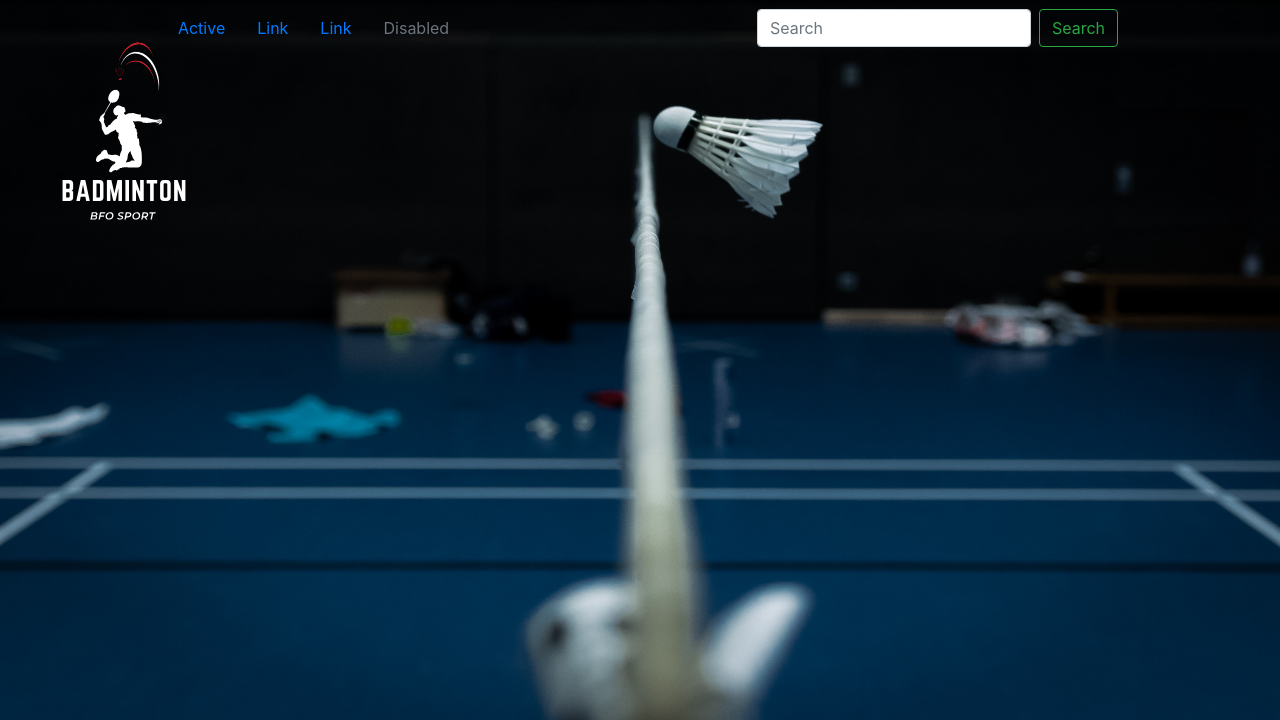
Repository: tsthuy/Badminton
Page: index.html
An editor plug-in stored every save of this project. The page is shown before and after the next save, followed by the edit.
The browser window is 1280 px wide. The pictures show the whole page.
Some web libraries are served in a nearby version.

Above is the page before, as saved 2023-10-13 21:00:12.

After the next save:
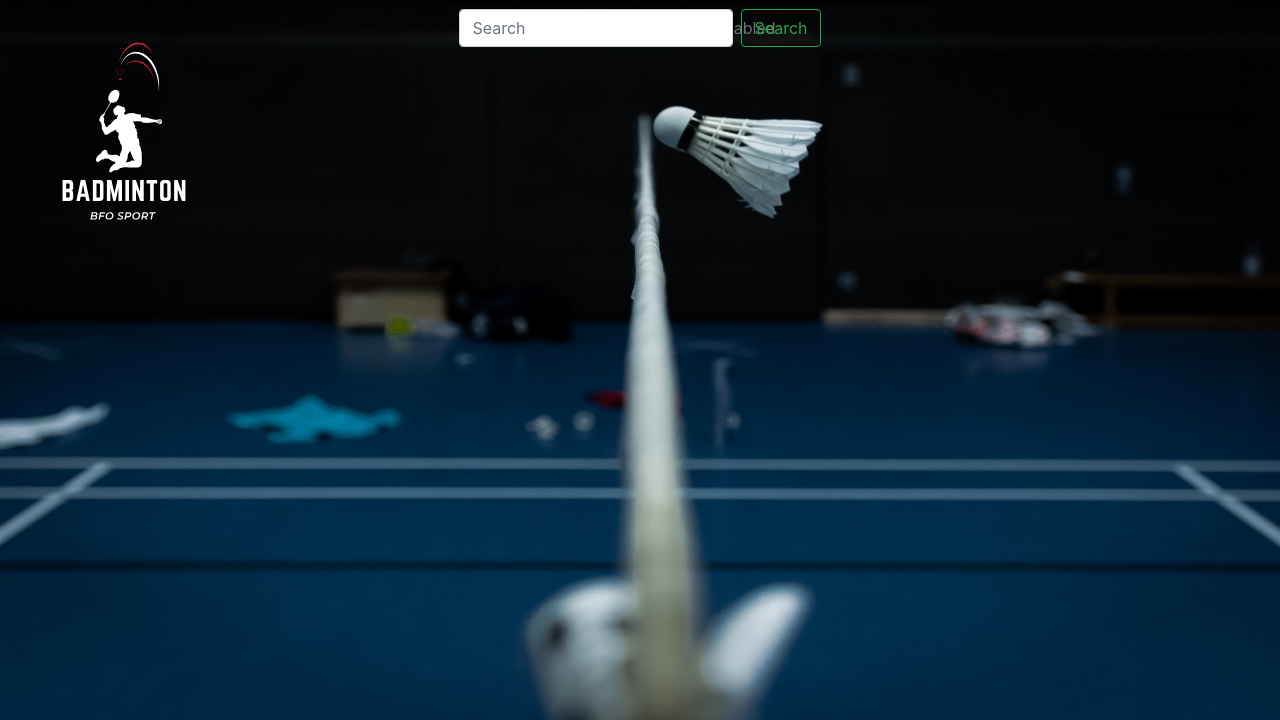
Saved 16 s later.
--- a/main.css
+++ b/main.css
@@ -17,3 +17,7 @@
     display: flex;
     justify-content: space-around;
 }
+.form_header
+{
+    position: absolute;
+}
